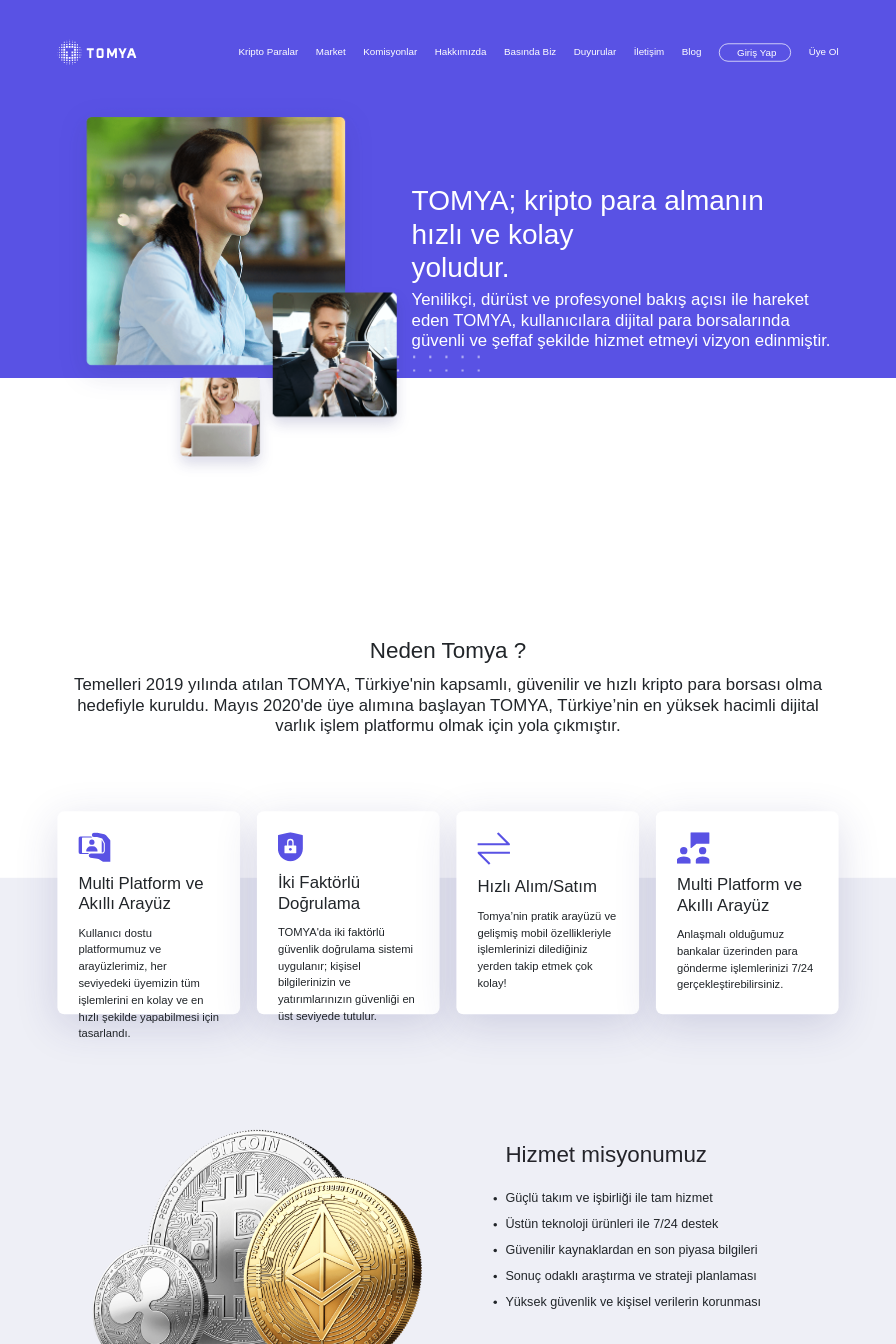
Repository: ezgibayrakli/TomyaProje
Page: index copy.html
An editor plug-in stored every save of this project. The page is shown before and after the next save, followed by the edit.
The browser window is 1280 px wide. The pictures show the part of the page from y = 0 to 1920 px (the page is 5139 px tall), at 70% of full size.
Some web fonts or font styles are not loaded; a fallback is used.

Above is the page before, as saved 2023-07-06 20:02:43.

After the next save:
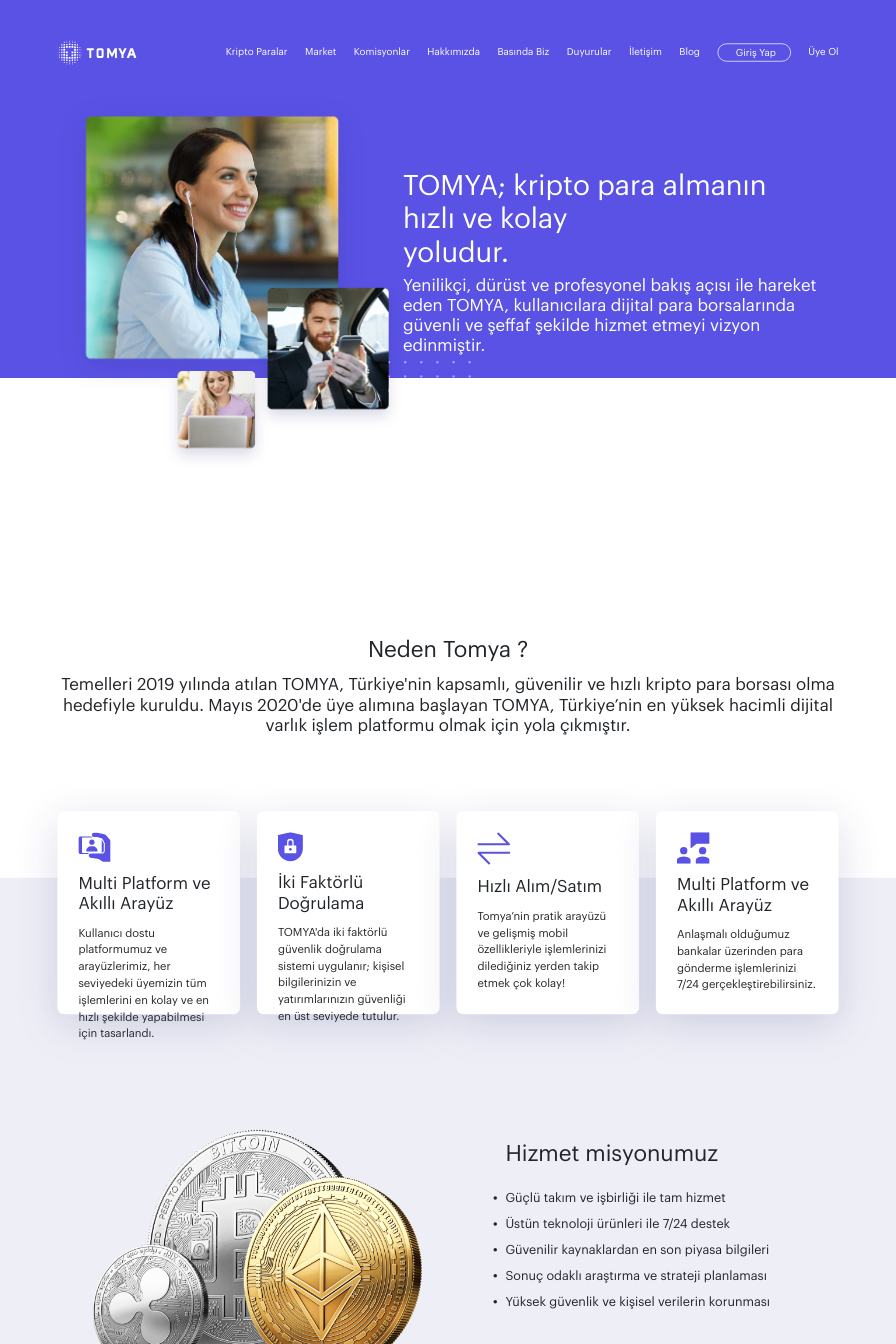
Saved 36 s later.
--- a/style.css
+++ b/style.css
@@ -17,8 +17,7 @@
     margin: 0;
     box-sizing: border-box;
     border: 0;
-    font-family:Sans-Serif;
-
+    font-family: GraphikRegular;
 }
 
 a,
